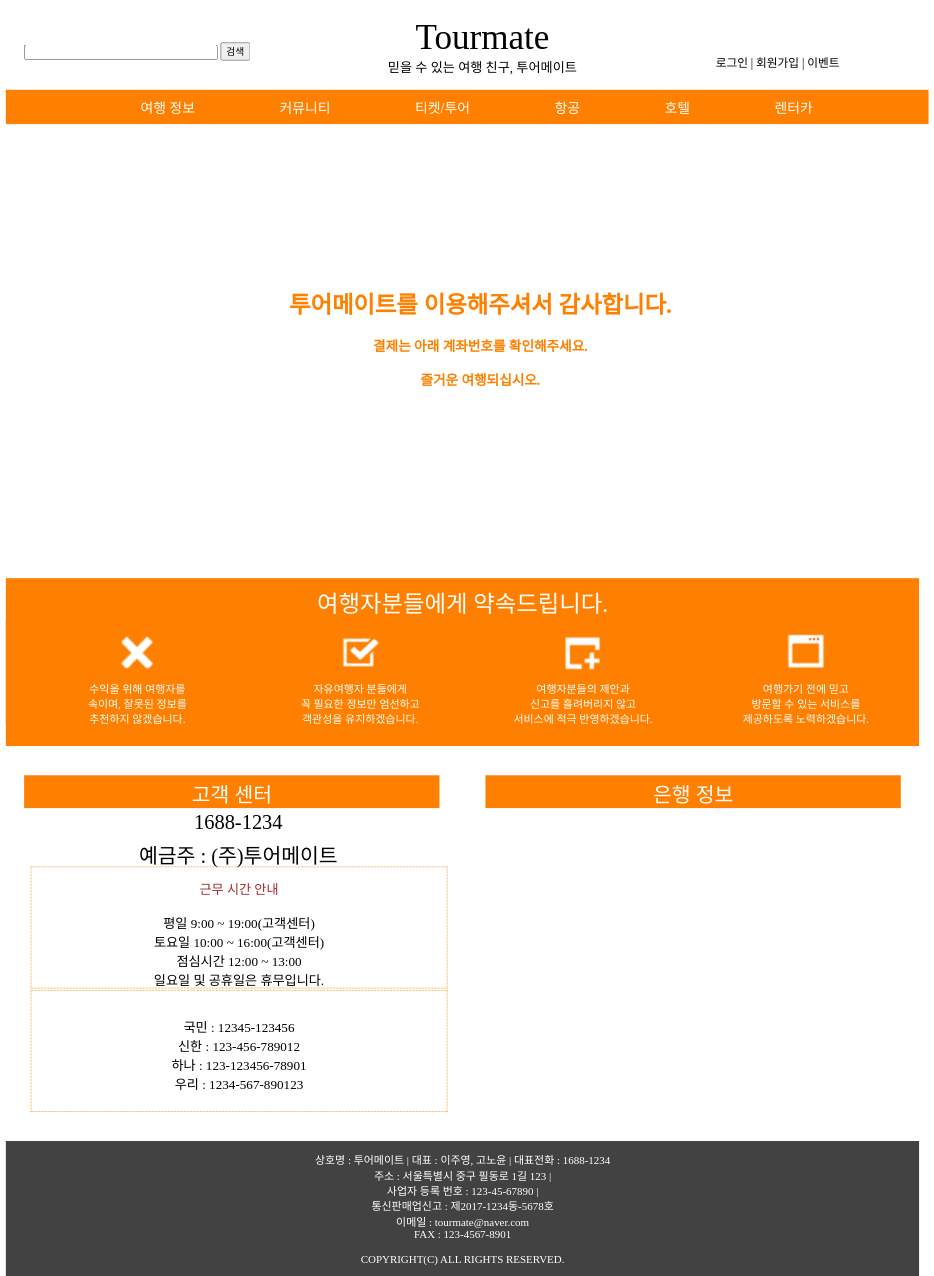
Repository: nohyoonko/2017-2-WP-Tourmate
Page: http://localhost/Tourmate/항공_ok.jsp
These files come from the project's save history. The page is drawn as it stood at one moment and after the next save; the edit follows.
The browser window is 1280 px wide. The pictures show the whole page, at 73% of full size.
Some web libraries are served in a nearby version. The page is served by Tomcat 9. Other server files are loaded and not shown.

Above is the page before, as saved 2017-12-06 13:22:53.

### eclipse-workspace/Tourmate/WebContent/항공_ok.jsp
<%@ page contentType="text/html; charset=UTF-8" pageEncoding="UTF-8"%>
<!DOCTYPE html>
<html lang="ko">
	<head>
		<meta http-equiv="Content-Type" content="text/html; charset=UTF-8" />
		<title>투어메이트</title>
		<script src="http://code.jquery.com/jquery-1.10.1.js"></script>
		<style>
		.orangebox {
         height:200px;
         width:900px;
         color:#FF8000;
         margin:200px;
      }
		</style>
	</head>
	<body>
		<!-- 제목+메뉴바를 포함한 Header.jsp 파일을 include -->
 		<jsp:include page="Header.jsp" flush="false"/>
		<br><br>
		<div class="orangebox">
			<center>
			<h1>투어메이트를 이용해주셔서 감사합니다.</h1>
			<h3>결제는 아래 계좌번호를 확인해주세요.</h3>
			<h3>즐거운 여행되십시오.</h3>
			</center>
		</div>
		<!-- 회사 정보와 약속을 포함한 Footer.jsp 파일을 include -->
		<jsp:include page="Footer.jsp" flush="false"/>
	</body>
</html>

### eclipse-workspace/Tourmate/WebContent/Header.jsp
<%@ page language="java" contentType="text/html; charset=UTF-8"
    pageEncoding="UTF-8"%>
<!DOCTYPE html PUBLIC "-//W3C//DTD HTML 4.01 Transitional//EN" "http://www.w3.org/TR/html4/loose.dtd">
<html>
<head>
	<meta http-equiv="Content-Type" content="text/html; charset=UTF-8">
	<title>투어메이트</title>
    <style>
        div { font-family: "함초롬돋움"; }

        div.header1 {
            width: 30%;
            float: left;
            margin-left: 25px;
            margin-top: 50px;
        }

        div.header2 {
            width: 33%;
            height: 60px;
            float: left;
            margin-left: 40px;
            margin-top: 15px;
            color: black;
        }

      	div.header2 > a {
        	color:black; text-decoration:none;
      	}

        div.header3 {
            width: 31%;
            height: 50px;
            float: left;
            margin-right: 10px;
            margin-top: 65px;
        }

        .menubar {
 			background: #FF8000;
 			display: inline-block;
  			width: 100%;
		}
		.main { margin: 0; padding: 0; font-size: 19px; }
		.main li {
			padding:0% 3% 0% 3%;
  			float: left;
  			list-style:none;
  			position: relative;
		}
		.main li:first-child { margin-left: 10%; }
		.main li:hover { background: #984807; }
		.main a {
  			color: white;
  			display: block;
  			padding: 10px 20px;
  			text-decoration: none;
		}
		.main ul {
  			background: white;
  			display: none;
  			padding: 0;
  			position: absolute;
  			left: 0;
  			top: 100%;
  			z-index: 2;
  			width: 210px;
		}
		.main ul li { float: none; margin-left: 10%; }
		.main ul a { color: #984807; }
		.main ul li:hover { background: white; }
		.main ul li:hover>a { color: #FF8000; }
	</style>
</head>
<body>
    <div class="header1">
        <input type="text" size=30>
        <input type="submit" value="검색">
    </div>
    <a href="투어메이트.html">
    <div class="header2">
        <center>
            <font face="HYHeadLine" size="7">Tourmate</font><br>
            <font face="함초롬돋움" size="4">믿을 수 있는 여행 친구, 투어메이트</font>
        </center>
    </div>
    </a>
    <div class="header3">
        <center>
            <font size="3">로그인 | 회원가입 | 이벤트</font>
        </center>
    </div>

    <!--상단 메뉴바와 하위 메뉴-->
    <script src="//code.jquery.com/jquery.min.js"></script>
	<script>
	$(function(){
  		$(".main li").hover(function(){
    		$('ul:first',this).show();
  		}, function(){
    		$('ul:first',this).hide();
  		});
	});
	</script>

        <div class="menubar">
        <ul class="main">
            <li>
                 <a href="#">여행 정보</a>
                 <ul>
                  <li><a href="인기_여행_도시.jsp">인기 여행 도시</a></li>
                  <li><a href="여행_준비.jsp">여행 준비</a></li>
               </ul>
            </li>

            <li>
                <a href="#">커뮤니티</a>
                <ul>
                    <li><a href="여행_후기.jsp">여행 후기</a></li>
                </ul>
            </li>

            <li>
                <a href="#">티켓/투어</a>
                <ul>
                    <li><a href="티켓투어_한국.jsp">한국</a></li>
                    <li><a href="티켓투어_홍콩.jsp">홍콩</a></li>
                    <li><a href="티켓투어_일본.jsp">일본</a></li>
                    <li><a href="티켓투어_싱가포르.jsp">싱가포르</a></li>
                    <li><a href="티켓투어_대만.jsp">대만</a></li>
                </ul>
            </li>

            <li><a href="항공.jsp">항공</a></li>
            <li><a href="호텔.jsp">호텔</a></li>
            <li><a href="렌터카.jsp">렌터카</a></li>
        </ul>
    </div>
</body>
</html>

### eclipse-workspace/Tourmate/WebContent/Footer.jsp
<%@ page language="java" contentType="text/html; charset=UTF-8"
    pageEncoding="UTF-8"%>
<!DOCTYPE html PUBLIC "-//W3C//DTD HTML 4.01 Transitional//EN" "http://www.w3.org/TR/html4/loose.dtd">
<html>
<head>
	<meta http-equiv="Content-Type" content="text/html; charset=UTF-8">
	<title>투어메이트</title>
    <style>
        div { font-family: "함초롬돋움"; }

       div.footer{
         width:99%;
         height:220px;
         float:left;
         background-color:#FF8000;
         color:white;
         text-align:center;
         padding-top:10px;
      }
      div.promise{
         width:20%;
         float:left;
         height:140px;
         background-color:#FF8000;
         color:white;
         font-size:15px;
         text-align:center;
         padding-top:5px;
         padding-left:55px;
      }
      div.footer2{
         width:45%;
         height:40px;
         float:left;
         font-size:28px;
         background-color:#FF8000;
         color:white;
         text-align:center;
         padding-top:5px;
         margin-left:2%;
         margin-right:3%;
         margin-top:40px;
      }
      div.footer3{
         width:45%;
         height:35px;
         float:left;
         font-size:28px;
         text-align:center;
         padding-top:4px;
         margin-left:34px;
         margin-right:34px;
      }
      div.footer4{
         width:45%;
         height:150px;
         float:left;
         font-size:18px;
         text-align:center;
         padding-top:15px;
         margin-top:2px;
         margin-left:34px;
         margin-right:34px;
         border-width: 1px;
         border-style : dotted;
         border-color : #FF8000;
      }
      div.footer5{
         width:99%;
         height:170px;
         font-size:15px;
         background-color:#424242;
         color:white;
         float:left;
         text-align:center;
         padding-top:15px;
         margin-top:40px;
      }
       #fo {width:60px; height:60px; padding:10px 70px 5px 70px;}
	</style>
</head>
<body>
       <div class="footer">
         <font size="6">여행자분들에게 약속드립니다.</font><br>
         <div class="promise">
            <img id="fo" src="main/footer 그림1.png"><br>
            수익을 위해 여행자를<br>
            속이며, 잘못된 정보를<br>
            추천하지 않겠습니다.
         </div>
         <div class="promise">
            <img id="fo" src="main/footer 그림2.png"><br>
            자유여행자 분들에게<br>
            꼭 필요한 정보만 엄선하고<br>
            객관성을 유지하겠습니다.
         </div>
         <div class="promise">
            <img id="fo" src="main/footer 그림3.png"><br>
            여행자분들의 제안과<br>
            신고를 흘려버리지 않고<br>
            서비스에 적극 반영하겠습니다.
         </div>
         <div class="promise">
            <img id="fo" src="main/footer 그림4.png"><br>
            여행가기 전에 믿고<br>
            방문할 수 있는 서비스를<br>
            제공하도록 노력하겠습니다.
         </div>
      </div>
      <br>
      <div class="footer2">고객 센터</div>
      <div class="footer2">은행 정보</div>
      <br>
      <div class="footer3">1688-1234</div>
      <div class="footer3">예금주 : (주)투어메이트</div>
      <br>
      <div class="footer4">
         <font color="brown" size="4">근무 시간 안내</font><br><br>
         평일 9:00 ~ 19:00(고객센터)<br>
         토요일 10:00 ~ 16:00(고객센터)<br>
         점심시간 12:00 ~ 13:00<br>
         일요일 및 공휴일은 휴무입니다.<br>
      </div>
      <div class="footer4"><br>
         국민 : 12345-123456<br>
         신한 : 123-456-789012<br>
         하나 : 123-123456-78901<br>
         우리 : 1234-567-890123<br>
      </div>
      <div class="footer5">
         상호명 : 투어메이트 | 대표 : 이주영, 고노윤 | 대표전화 : 1688-1234<br>
         주소 : 서울특별시 중구 필동로 1길 123 | <br>
         사업자 등록 번호 : 123-45-67890 |<br>
         통신판매업신고 : 제2017-1234동-5678호<br>
         이메일 : tourmate@naver.com<br>
         FAX : 123-4567-8901<br><br>
         COPYRIGHT(C) ALL RIGHTS RESERVED.<br>
      </div>
</body>
</html>

After the next save:
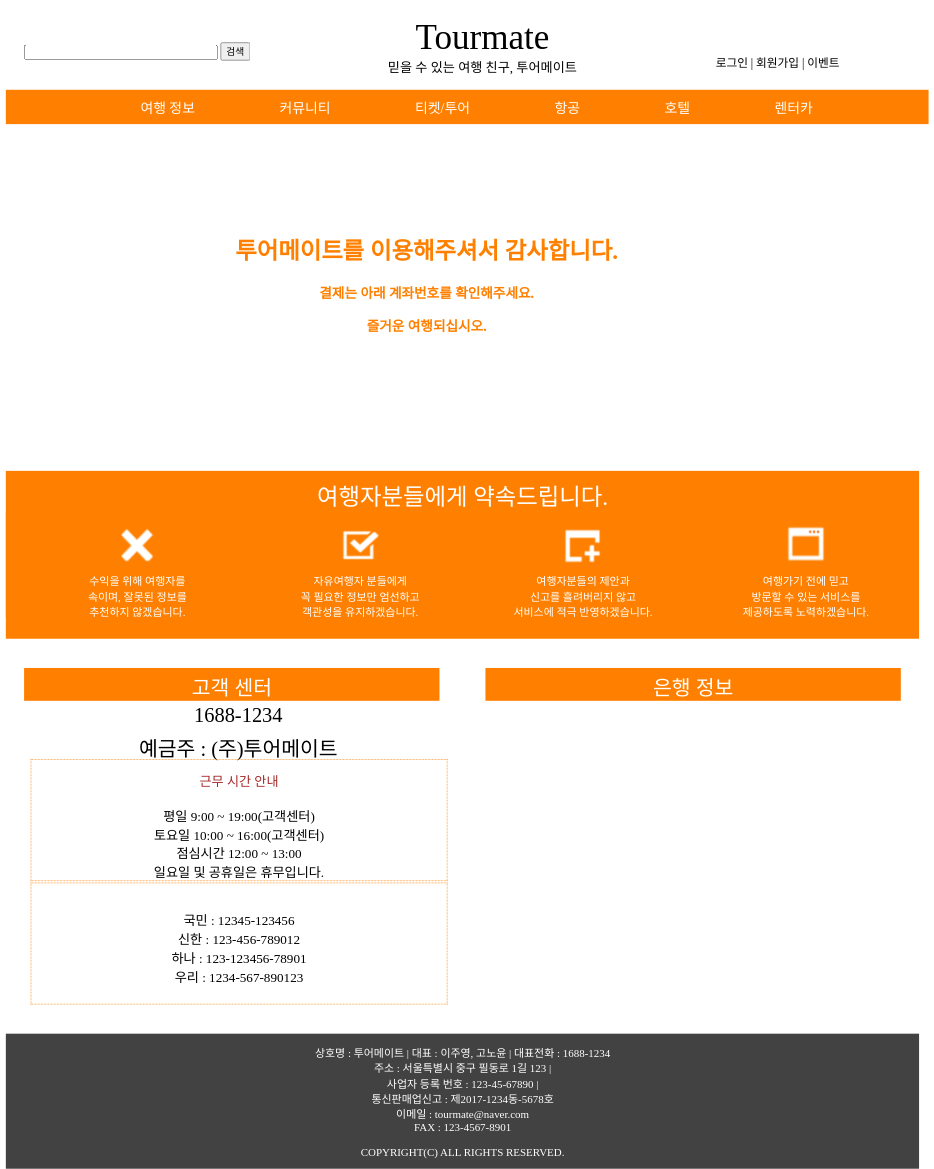
Saved 24 s later.
--- a/eclipse-workspace/Tourmate/WebContent/항공_ok.jsp
+++ b/eclipse-workspace/Tourmate/WebContent/항공_ok.jsp
@@ -6,11 +6,11 @@
 		<title>투어메이트</title>
 		<script src="http://code.jquery.com/jquery-1.10.1.js"></script>
 		<style>
-		.orangebox {
+		.whitebox {
          height:200px;
          width:900px;
          color:#FF8000;
-         margin:200px;
+         margin:10%;
       }
 		</style>
 	</head>
@@ -18,7 +18,7 @@
 		<!-- 제목+메뉴바를 포함한 Header.jsp 파일을 include -->
  		<jsp:include page="Header.jsp" flush="false"/>
 		<br><br>
-		<div class="orangebox">
+		<div class="whitebox">
 			<center>
 			<h1>투어메이트를 이용해주셔서 감사합니다.</h1>
 			<h3>결제는 아래 계좌번호를 확인해주세요.</h3>
